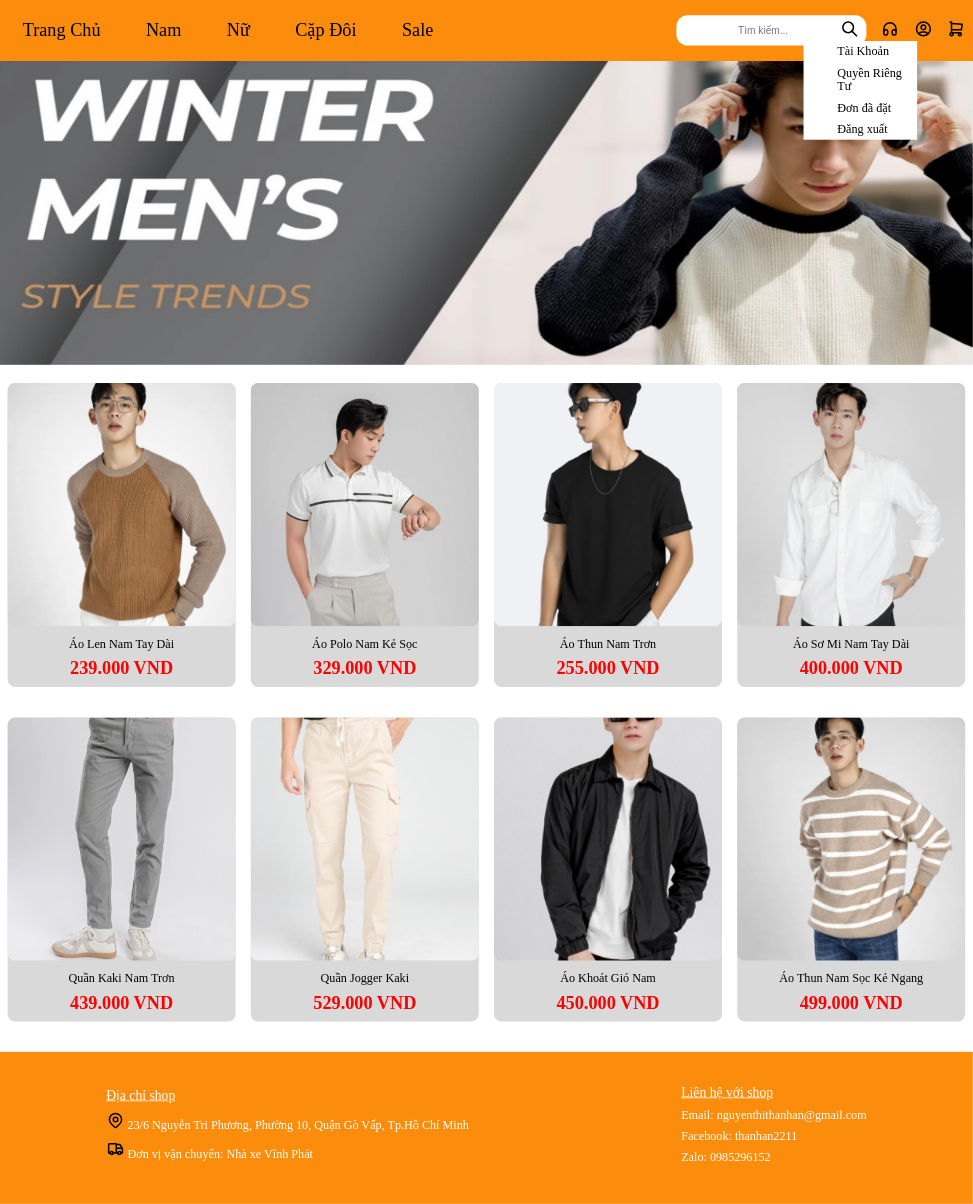
Repository: manhhieu120499/Project_ShopQuanAo
Page: html/nam.html
The author's editor kept a copy of each file at every save. The page is drawn from the files as they stood at one save, then again after the next save.
The browser window is 1280 px wide. The pictures show the whole page, at 76% of full size.

Above is the page before, as saved 2023-03-06 00:21:47.

After the next save:
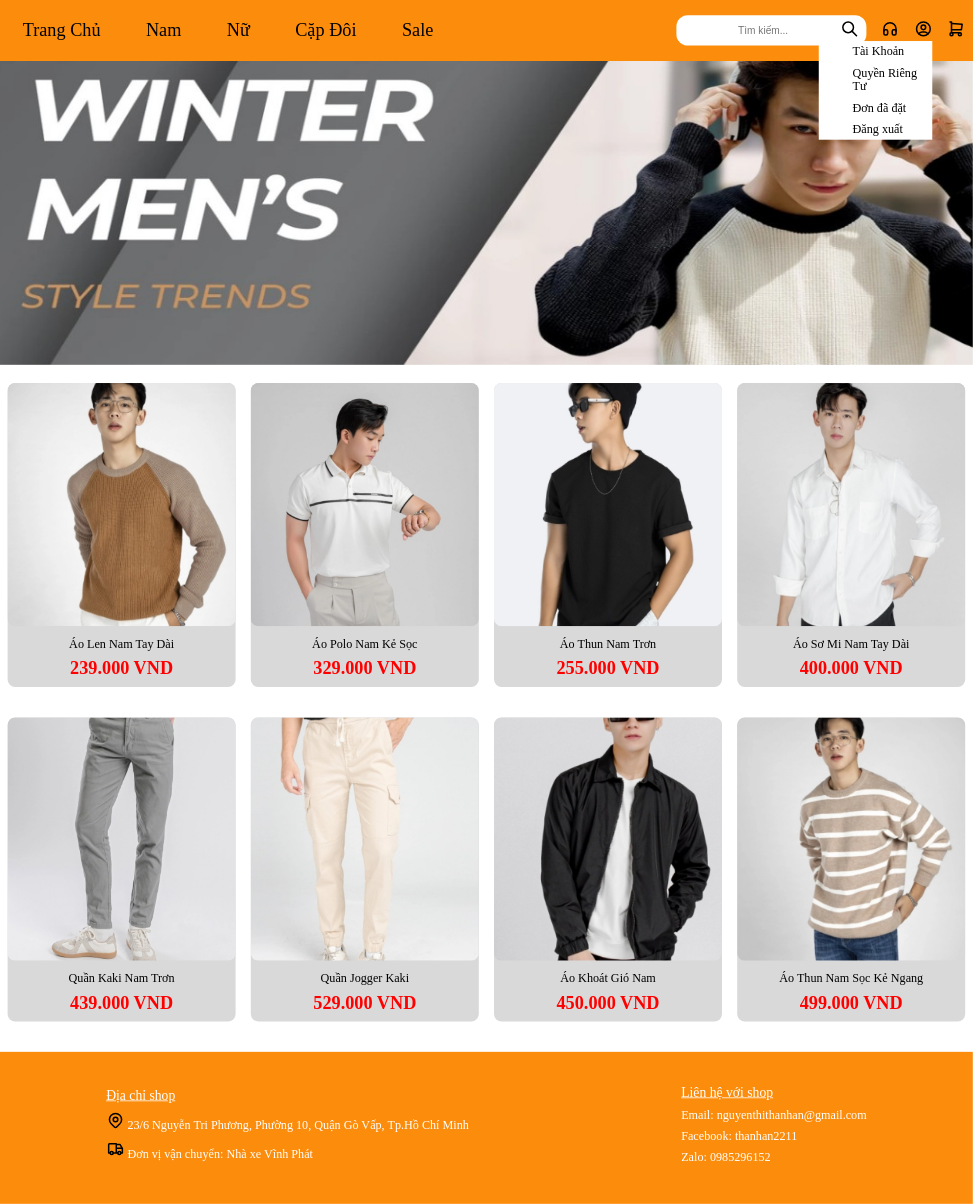
Saved 16 s later.
--- a/css/style_nam.css
+++ b/css/style_nam.css
@@ -185,7 +185,7 @@
     min-height: 50px;
     background-color: white;
     position: absolute;
-    right: 20px;
+    right: 0px;
 }
 
 .user .sub_menu li {
